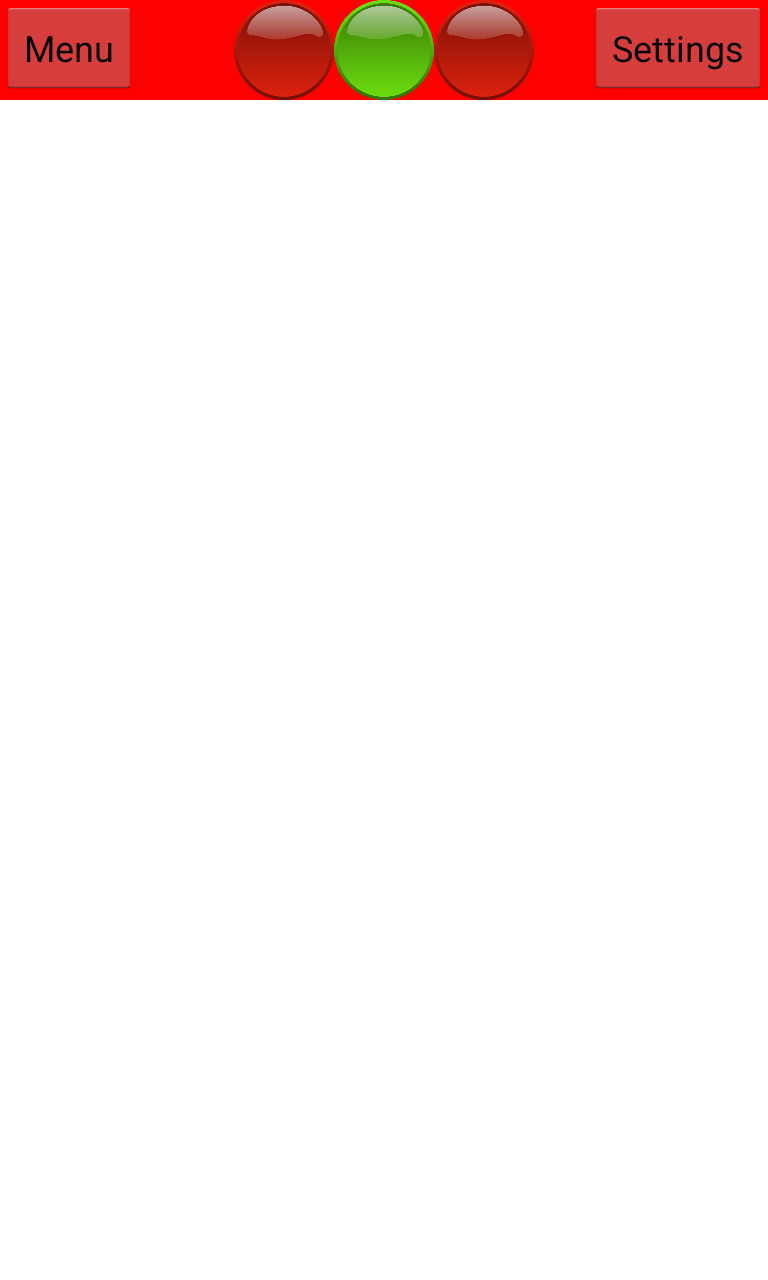
Repository: sbobra/women-startupweekend-sf
Layout: LaundryList/res/layout/activity_explore.xml
An editor plug-in stored every save of this project. The layout is shown before and after the next save, followed by the edit.
It is drawn on a 768 x 1280 px phone screen (xhdpi) without system bars, with theme AppTheme; the app's code is not run. Lists and similar views that code fills are empty.

Above is the layout before, as saved 2013-09-15 03:26:40.

### LaundryList/res/layout/activity_explore.xml
<!--
  Copyright 2012 The Android Open Source Project

  Licensed under the Apache License, Version 2.0 (the "License");
  you may not use this file except in compliance with the License.
  You may obtain a copy of the License at

      http://www.apache.org/licenses/LICENSE-2.0

  Unless required by applicable law or agreed to in writing, software
  distributed under the License is distributed on an "AS IS" BASIS,
  WITHOUT WARRANTIES OR CONDITIONS OF ANY KIND, either express or implied.
  See the License for the specific language governing permissions and
  limitations under the License.
-->
<LinearLayout xmlns:android="http://schemas.android.com/apk/res/android"
    xmlns:tools="http://schemas.android.com/tools"
    android:layout_width="match_parent"
    android:layout_height="match_parent"
    android:orientation="vertical" >

    <RelativeLayout
        android:layout_width="match_parent"
        android:layout_height="wrap_content"
        android:background="@color/red" >

        <Button
            android:id="@+id/menuButton"
            android:layout_width="wrap_content"
            android:layout_height="wrap_content"
            android:layout_alignParentLeft="true"
            android:text="Menu" />

        <Button
            android:id="@+id/settingsButton"
            android:layout_width="wrap_content"
            android:layout_height="wrap_content"
            android:layout_alignParentRight="true"
            android:text="Settings" />

        <LinearLayout
            android:layout_width="wrap_content"
            android:layout_height="wrap_content"
            android:layout_centerHorizontal="true"
            android:orientation="horizontal" >

            <ImageView
                android:id="@+id/imageView1"
                android:layout_width="50dp"
                android:layout_height="50dp"
                android:src="@drawable/redbutton" />

            <ImageView
                android:id="@+id/imageView2"
                android:layout_width="50dp"
                android:layout_height="50dp"
                android:src="@drawable/greenbutton" />

            <ImageView
                android:id="@+id/imageView3"
                android:layout_width="50dp"
                android:layout_height="50dp"
                android:src="@drawable/redbutton" />
        </LinearLayout>
    </RelativeLayout>

    <android.support.v4.view.ViewPager
        android:id="@+id/pager"
        android:layout_width="match_parent"
        android:layout_height="match_parent" />

</LinearLayout>

### LaundryList/res/values/strings.xml
<!--
  Copyright 2012 The Android Open Source Project

  Licensed under the Apache License, Version 2.0 (the "License");
  you may not use this file except in compliance with the License.
  You may obtain a copy of the License at

      http://www.apache.org/licenses/LICENSE-2.0

  Unless required by applicable law or agreed to in writing, software
  distributed under the License is distributed on an "AS IS" BASIS,
  WITHOUT WARRANTIES OR CONDITIONS OF ANY KIND, either express or implied.
  See the License for the specific language governing permissions and
  limitations under the License.
-->

<resources xmlns:xliff="urn:oasis:names:tc:xliff:document:1.2">

    <string name="hello_world">Hello World</string>
    <!-- Titles -->
    <string name="app_name">Animations Demo</string>
    <string name="title_crossfade">Simple Crossfade</string>
    <string name="title_card_flip">Card Flip</string>
    <string name="title_screen_slide">Screen Slide</string>
    <string name="title_zoom">Zoom</string>
    <string name="title_layout_changes">Layout Changes</string>
    <string name="title_template_step">Page <xliff:g id="step_number">%1$d</xliff:g>: Lorem
        Ipsum</string>
    <string name="title_template_explore">EXPLORE</string>
    <string name="title_template_home">HOME</string>
    <string name="title_template_goal">NEW GOAL</string>

    <!-- Actions -->
    <string name="action_toggle">Toggle indicator</string>
    <string name="action_add_item">Add item</string>
    <string name="action_remove_item">Remove item</string>
    <string name="action_previous">Previous</string>
    <string name="action_next">Next</string>
    <string name="action_finish">Finish</string>
    <string name="action_info">Photo info</string>
    <string name="action_photo">View photo</string>

    <!-- Messages -->
    <string name="message_empty_layout_changes">Add an item above to get started.</string>
    <string name="message_zoom_touch_expand">Touch a photo to expand it.</string>

    <!-- Accessibility-only descriptions -->
    <string name="description_image_1">Image 1</string>
    <string name="description_image_2">Image 2</string>
    <string name="description_zoom_touch_close">Expanded image (touch to close)</string>

    <!-- Other strings -->
    <string name="card_back_title">Angry Red Android</string>
    <string name="card_back_description"><![CDATA[Lorem ipsum dolor sit]]></string>
    <string name="lorem_ipsum"><![CDATA[Lorem ipsum dolor sit amet, consectetur adipiscing elit. Mauris et magna ut erat elementum cursus in quis ipsum. Nam faucibus ultrices eros, vel tempor leo semper sit amet. Duis magna quam, congue vitae interdum nec, condimentum ut lectus. Sed commodo venenatis eros a dignissim. Nunc adipiscing turpis nec magna venenatis at ultricies ipsum bibendum. Sed volutpat urna quis nisi vulputate egestas. Etiam eu dui a enim lacinia dapibus. Pellentesque habitant morbi tristique senectus et netus et malesuada fames ac turpis egestas.\n\nPhasellus orci mi, eleifend nec congue id, volutpat at neque. Cum sociis natoque penatibus et magnis dis parturient montes, nascetur ridiculus mus. Integer semper velit vel leo rutrum sed fermentum elit porta.]]></string>


    <color name="red">#FF0000</color>

</resources>

Loaded but not shown: LaundryList/res/values/styles.xml (common file); LaundryList/res/values-v11/styles.xml (common file); LaundryList/res/values-v14/styles.xml (common file)

After the next save:
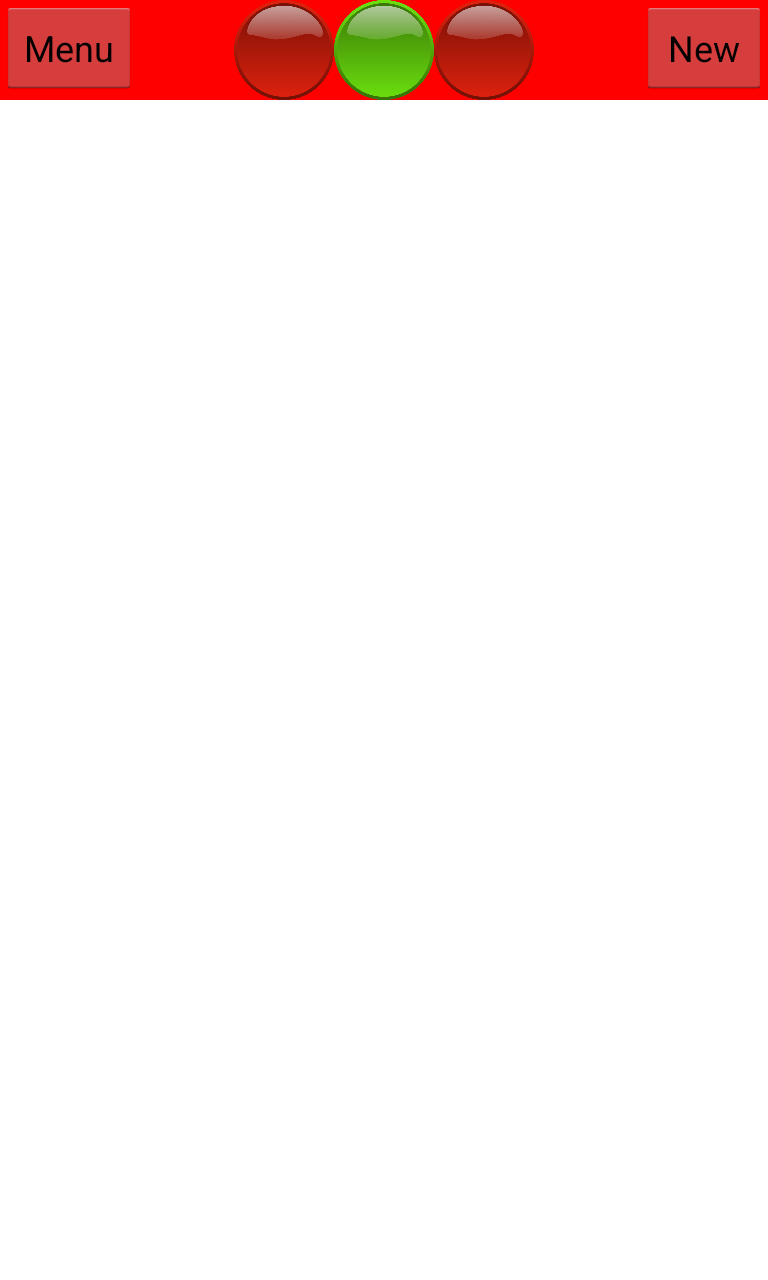
Saved 18 min 14 s later.
--- a/LaundryList/res/layout/activity_explore.xml
+++ b/LaundryList/res/layout/activity_explore.xml
@@ -36,7 +36,7 @@
             android:layout_width="wrap_content"
             android:layout_height="wrap_content"
             android:layout_alignParentRight="true"
-            android:text="Settings" />
+            android:text="New" />
 
         <LinearLayout
             android:layout_width="wrap_content"
